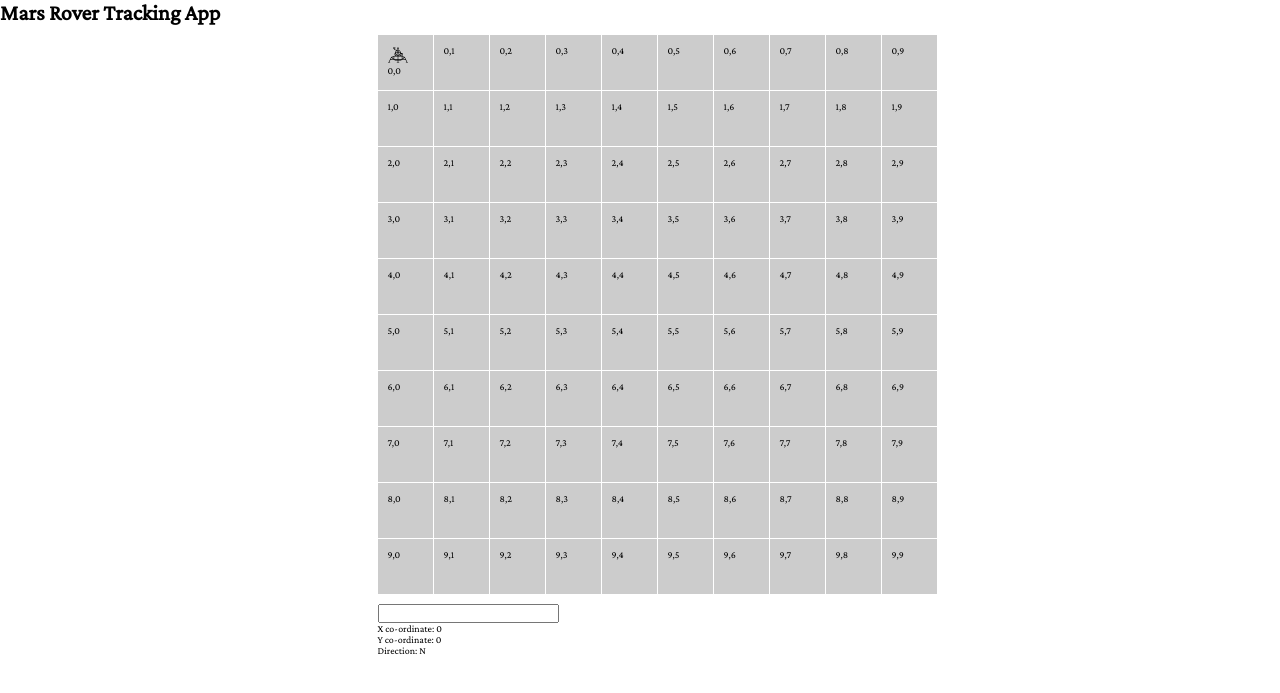
Repository: madhurisandbhor/Rover-Tracking-App
Page: /
The author's editor kept a copy of each file at every save. The page is drawn from the files as they stood at one save, then again after a run of saves.
The browser window is 1280 px wide. The pictures show the whole page.
The project was rebuilt for these pictures with package versions that can differ from the ones it lists, and the page was loaded fresh each time.

Above is the page before, as saved 2021-09-06 19:18:46.

### public/index.html
<!DOCTYPE html>
<html lang="en">
  <head>
    <meta charset="utf-8" />
    <link rel="icon" href="%PUBLIC_URL%/favicon.ico" />
    <meta name="viewport" content="width=device-width, initial-scale=1" />
    <meta name="theme-color" content="#000000" />
    <meta
      name="Mars Rover Tracking"
      content="Web site created using create-react-app"
    />
    <link rel="apple-touch-icon" href="%PUBLIC_URL%/logo192.png" />
    <!--
      manifest.json provides metadata used when your web app is installed on a
      user's mobile device or desktop. See https://developers.google.com/web/fundamentals/web-app-manifest/
    -->
    <link rel="manifest" href="%PUBLIC_URL%/manifest.json" />
    <!--
      Notice the use of %PUBLIC_URL% in the tags above.
      It will be replaced with the URL of the `public` folder during the build.
      Only files inside the `public` folder can be referenced from the HTML.

      Unlike "/favicon.ico" or "favicon.ico", "%PUBLIC_URL%/favicon.ico" will
      work correctly both with client-side routing and a non-root public URL.
      Learn how to configure a non-root public URL by running `npm run build`.
    -->
    <title>Rover Tracking App</title>
  </head>
  <body>
    <noscript>You need to enable JavaScript to run this app.</noscript>
    <div id="root"></div>
    <!--
      This HTML file is a template.
      If you open it directly in the browser, you will see an empty page.

      You can add webfonts, meta tags, or analytics to this file.
      The build step will place the bundled scripts into the <body> tag.

      To begin the development, run `npm start` or `yarn start`.
      To create a production bundle, use `npm run build` or `yarn build`.
    -->
    <link href="https://fonts.googleapis.com/css2?family=Crimson+Pro&display=swap" rel="stylesheet">
  </body>
</html>

### src/App.js
import './App.css'
import Grid from './Grid'

const header = {
  fontSize: '22px',
  fontWeight: 'bold',
}

function App() {
  return (
    <div className="App">
      <header style={header}>Mars Rover Tracking App</header>
      <Grid />
    </div>
  )
}

export default App

### src/App.css
* {
  margin: 0;
  padding: 0;
  box-sizing: border-box;
}

html {
  font-size: 62.5%;
  /* 1rem = 10px = 62.5% of default(16px) */
}

@media (max-width: 600px) {
  html {
    font-size: 50%; /* 1rem = 8px 50% of default(16px) */
  }
}

html,
body {
  height: 100vh;
  width: 100vw;
  overflow-x: hidden;
  font-family: "Crimson Pro", serif;
}

### src/Grid.jsx
import React, { useState, useEffect } from 'react'
import { maxY, maxX, x, y, d } from './constants'
import testGrid from './testGrid'
import roverIcon from './svg/rover-icon.svg'

const wrapper = {
  width: '41%',
  margin: '1rem auto',
}

const grid = {
  margin: '1rem auto',
  display: 'grid',
  gridTemplateColumns: `repeat(${maxY + 1}, 5.5rem)`,
  gridTemplateRows: `repeat(${maxX + 1}, 5.5rem)`,
  gridGap: '0.1rem',
}

const itemStyle = {
  padding: '1rem',
  backgroundColor: '#ccc',
}

const itemSpan = {
  fontSize: '1rem',
}

const roverImg = {
  width: '2rem',
  height: '2rem',
  alignText: 'center',
}

const Grid = () => {
  const gridLength = (maxX + 1) * (maxY + 1)
  const totalItems = Array(gridLength).fill()
  const [input, setInput] = useState('')
  const [roverXPosition, setRoverXPosition] = useState(x)
  const [roverYPosition, setRoverYPosition] = useState(y)
  const [roverDirection, setRoverDirection] = useState(d)
  const [transformProp, setTransformProp] = useState()

  useEffect(() => {
    const result = testGrid(input)
    setRoverXPosition(result[0]) // X-position
    setRoverYPosition(result[1]) // y-position
    setRoverDirection(result[2]) // direction

    if (roverDirection === 'N') setTransformProp('rotate(0deg)')
    else if (roverDirection === 'E') setTransformProp('rotate(90deg)')
    else if (roverDirection === 'S') setTransformProp('rotate(180deg)')
    else if (roverDirection === 'W') setTransformProp('rotate(-90deg)')
  }, [input, roverDirection])

  return (
    <div style={wrapper}>
      <div style={grid}>
        {totalItems.map((item, index) => (
          <div key={index} style={itemStyle}>
            {roverXPosition * 10 + roverYPosition === index && (
              <div style={roverImg}>
                <img
                  style={{ width: '100%', transform: transformProp }}
                  src={roverIcon}
                  alt="rover"
                />
              </div>
            )}
            <span style={itemSpan}>
              {Math.floor(index / 10)},{index % 10}
            </span>
          </div>
        ))}
      </div>
      <input
        name="inputString"
        value={input}
        onChange={(event) => setInput(event.target.value)}
      />
      <div>
        <div>X co-ordinate: {roverXPosition}</div>
        <div>Y co-ordinate: {roverYPosition}</div>
        <div> Direction: {roverDirection}</div>
      </div>
    </div>
  )
}

export default Grid

### src/constants.js
export const x = 0, y = 0, maxX = 9, maxY = 9;
export const d = 'N';
export const directionsToRight = ['N', 'E', 'S', 'W']
export const directionsToLeft = ['N', 'W', 'S', 'E']

### src/testGrid.js
import {
  x,
  y,
  d,
  directionsToRight,
  directionsToLeft,
  maxX,
  maxY,
} from './constants'

const testGrid = (testString) => {
  const roverPosition = [x, y, d]
  const testArr = testString.split('')

  for (let i = 0; i < testArr.length; i++) {
    if (testArr[i] === 'r') {
      let currDirIndex = directionsToRight.findIndex(
        (item) => item === roverPosition[2]
      )
      if (currDirIndex > -1 && currDirIndex < 3)
        roverPosition[2] = directionsToRight[currDirIndex + 1]
      else roverPosition[2] = directionsToRight[0]
    } else if (testArr[i] === 'l') {
      let currDirIndex = directionsToLeft.findIndex(
        (item) => item === roverPosition[2]
      )
      if (currDirIndex > -1 && currDirIndex < 3)
        roverPosition[2] = directionsToLeft[currDirIndex + 1]
      else roverPosition[2] = directionsToLeft[0]
    } else if (testArr[i] === 'f') {
      if (roverPosition[2] === 'E') {
        if (roverPosition[1] < maxY) roverPosition[1]++
        else roverPosition[1] = 0
      } else if (roverPosition[2] === 'S') {
        if (roverPosition[0] < maxX) roverPosition[0]++
        else roverPosition[0] = 0
      } else if (roverPosition[2] === 'N') {
        if (roverPosition[0] <= 0) roverPosition[0] = maxX
        else roverPosition[0]--
      } else if (roverPosition[2] === 'W') {
        if (roverPosition[1] <= 0) roverPosition[1] = maxY
        else roverPosition[1]--
      }
    }
  }

  return roverPosition
}

export default testGrid

Loaded but not shown: src/index.js (common file); src/index.css (common file)

After the next 2 saves:
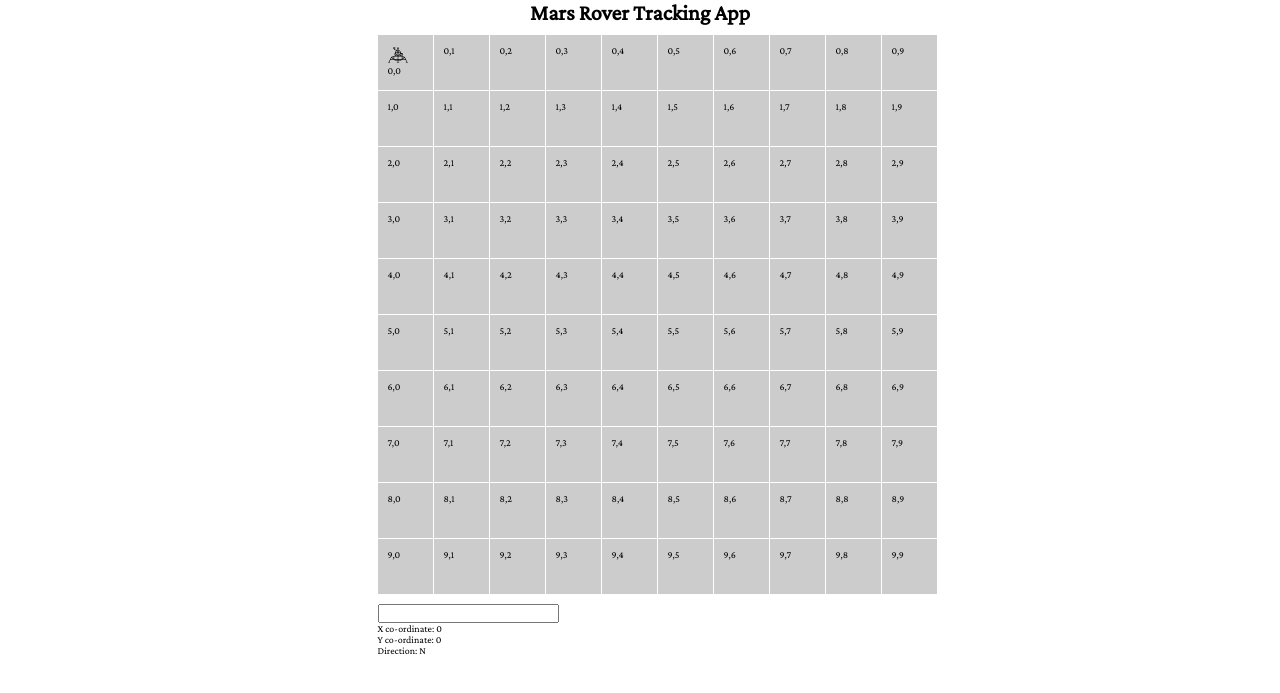
The 2 saves are shown as one change because they came seconds apart.
The last was saved 35 s later.
--- a/src/App.js
+++ b/src/App.js
@@ -4,6 +4,7 @@ import Grid from './Grid'
 const header = {
   fontSize: '22px',
   fontWeight: 'bold',
+  textAlign: 'center',
 }
 
 function App() {
